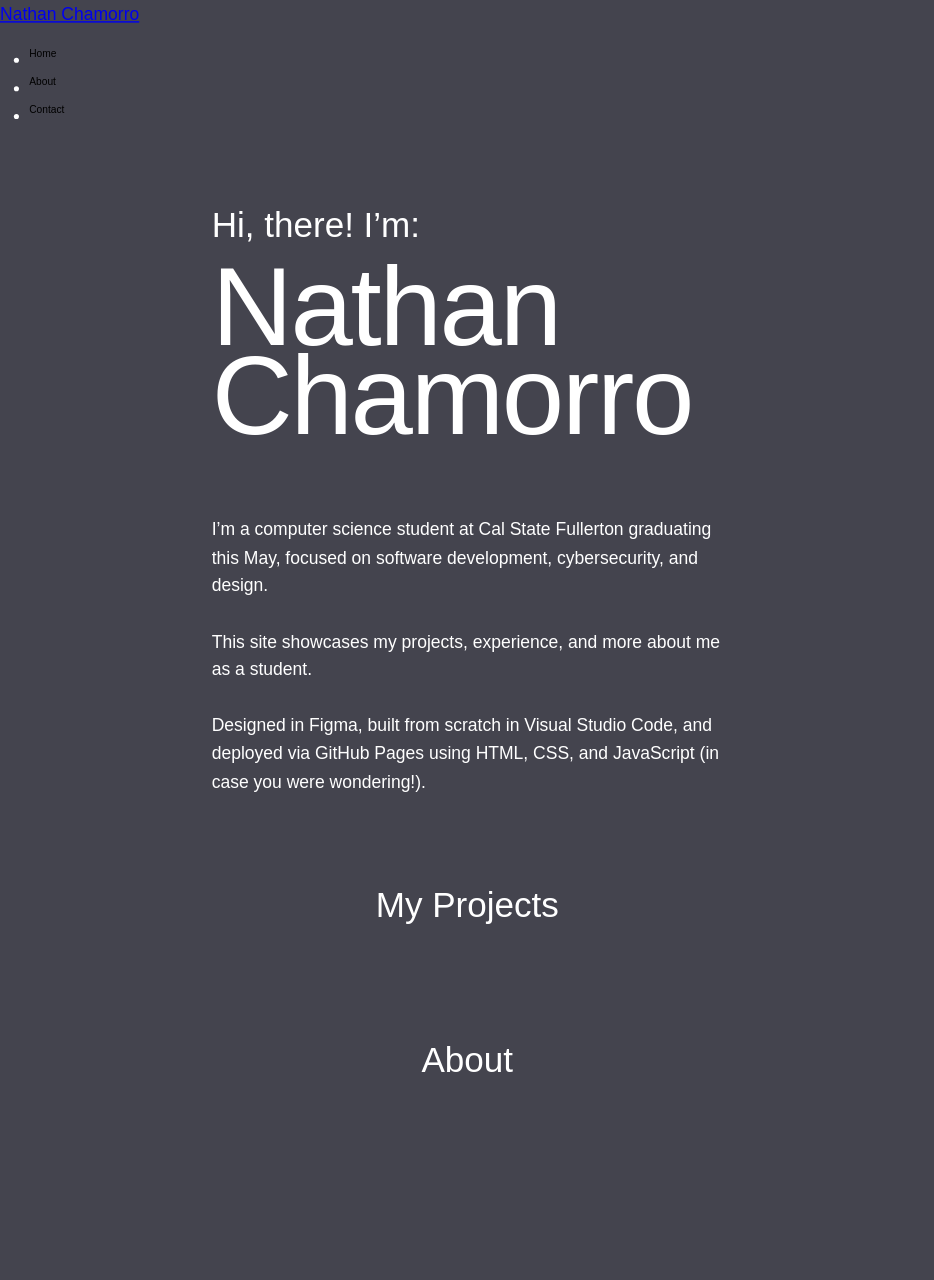
Repository: nathanchamorro1/nathanchamorro1.github.io
Page: index.html
An editor plug-in stored every save of this project. The page is shown before and after the next save, followed by the edit.
The browser window is 1280 px wide. The pictures show the whole page, at 73% of full size.
Some web fonts or font styles are not loaded; a fallback is used.

Above is the page before, as saved 2026-02-17 19:29:25.

After the next save:
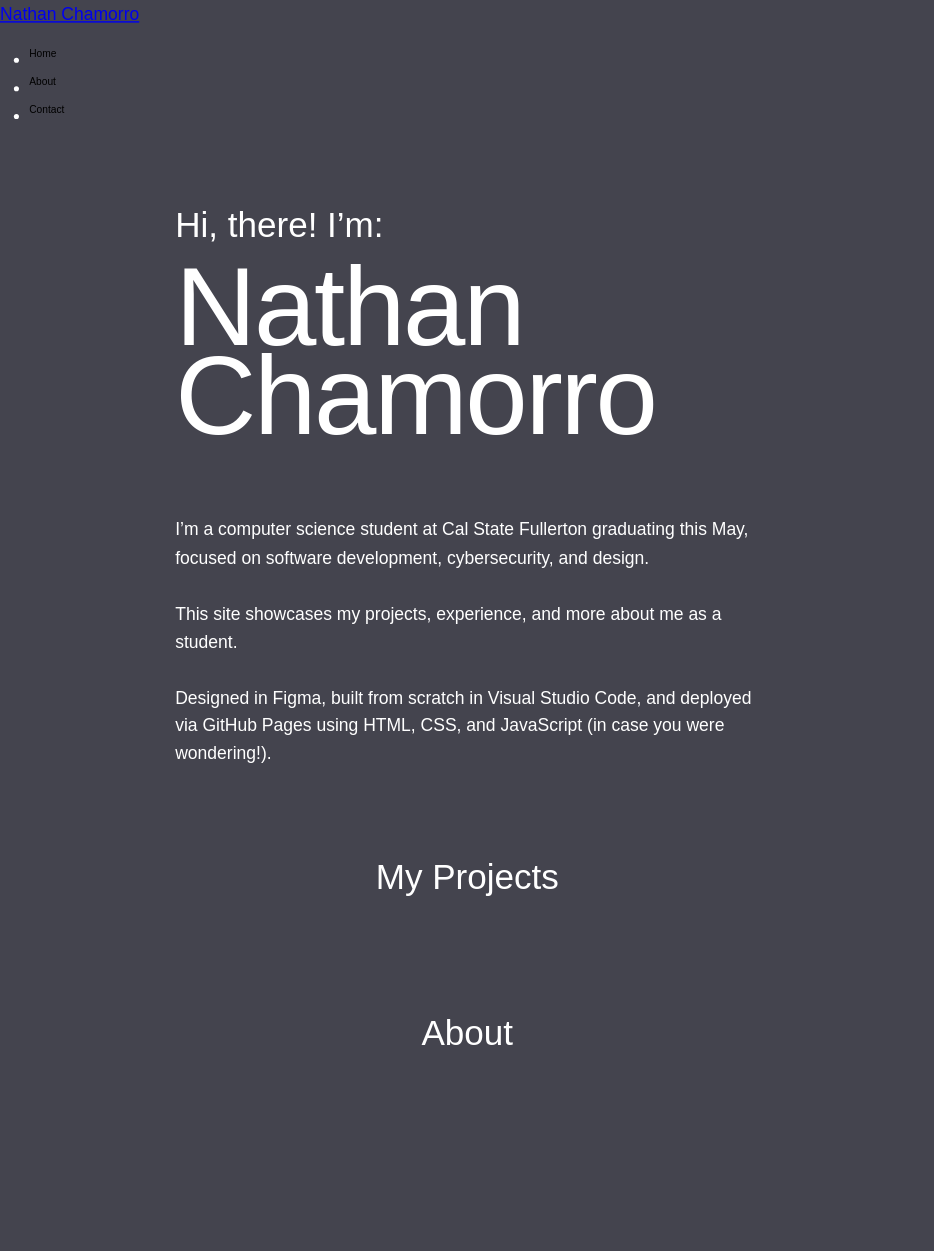
Saved 16 s later.
--- a/css/style.css
+++ b/css/style.css
@@ -11,7 +11,7 @@ body {
 }
 
 .content-wrapper {
-  max-width: 700px;
+  max-width: 800px;
   margin: 0 auto;
   padding: 0 40px;
   display: flex;
